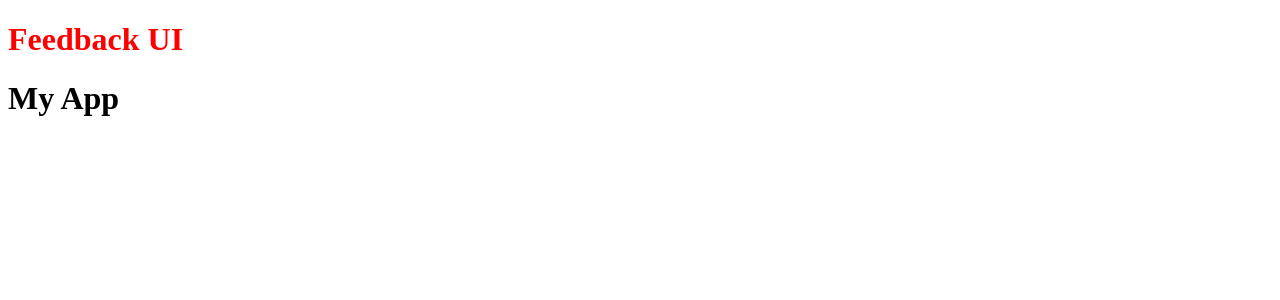
Repository: haokiet2501/feedback-app
Page: /
The author's editor kept a copy of each file at every save. The page is drawn from the files as they stood at one save, then again after the next save.
The browser window is 1280 px wide. The pictures show the whole page.
The project was rebuilt for these pictures with package versions that can differ from the ones it lists, and the page was loaded fresh each time.

Above is the page before, as saved 2022-02-23 08:56:08.

### public/index.html
<!DOCTYPE html>
<html lang="en">
  <head>
    <meta charset="utf-8" />
    <link rel="icon" href="%PUBLIC_URL%/favicon.ico" />
    <meta name="viewport" content="width=device-width, initial-scale=1" />
    <meta name="theme-color" content="#000000" />
    <meta
      name="description"
      content="Web site created using create-react-app"
    />
    <link rel="apple-touch-icon" href="%PUBLIC_URL%/logo192.png" />

    <link rel="manifest" href="%PUBLIC_URL%/manifest.json" />

    <title>Feedback App</title>
  </head>
  <body>
    <noscript>You need to enable JavaScript to run this app.</noscript>
    <div id="root"></div>

  </body>
</html>

### src/index.js
import React from 'react'
import ReactDOM from 'react-dom'
import App from './App'
import './index.css'
ReactDOM.render (
    <React.StrictMode>
        <App />
    </React.StrictMode>,
    document.getElementById('root')
)

### src/App.js
import Header from "./components/Header"

function App() {
    return (
        <>
            <Header />
            <div className="contianer">
                <h1>My App</h1>
            </div>
        </>
    )
}

export default App

### src/index.css
body {
    /* display: none; */
}

### src/components/Header.jsx
import React from 'react'
import ProTypes from 'prop-types'

const Header = ({ text }) => {
  return (
    <div style={{color: 'red', backGroundColor: 'blue'}}>
        <h1>{text}</h1>
    </div>
  )
}

Header.defaultProps = {
    text: 'Feedback UI',
}

Header.proTypes = {
    text: ProTypes.string,
}

export default Header

After the next save:
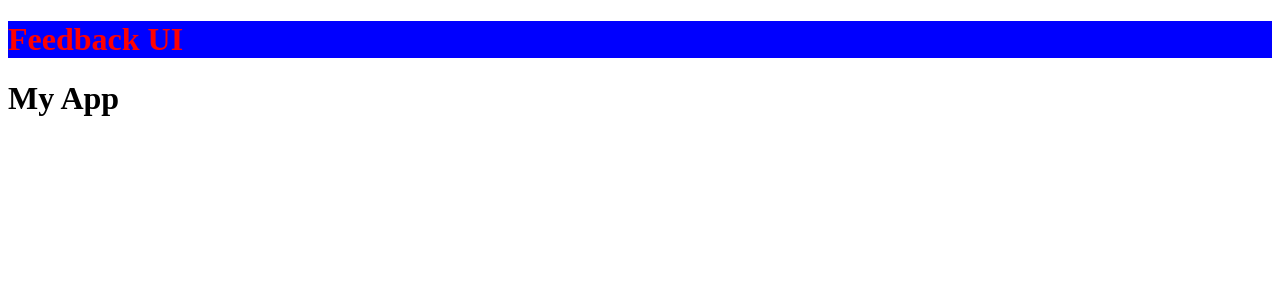
Saved 8 s later.
--- a/src/components/Header.jsx
+++ b/src/components/Header.jsx
@@ -3,7 +3,7 @@ import ProTypes from 'prop-types'
 
 const Header = ({ text }) => {
   return (
-    <div style={{color: 'red', backGroundColor: 'blue'}}>
+    <div style={{color: 'red', backgroundColor: 'blue'}}>
         <h1>{text}</h1>
     </div>
   )
